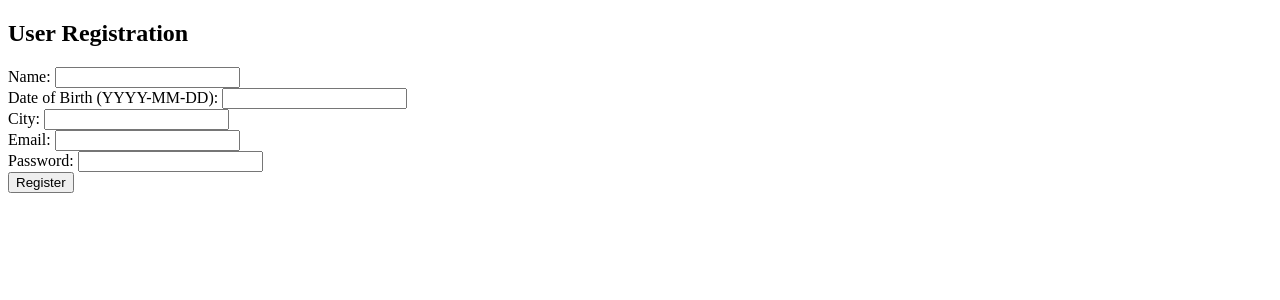
Repository: yashdpatil/Advanced_java
Page: MVC/src/main/webapp/Login.html
The author's editor kept a copy of each file at every save. The page is drawn from the files as they stood at one save, then again after the next save.
The browser window is 1280 px wide. The pictures show the whole page.

Above is the page before, as saved 2023-12-13 18:03:04.

### MVC/src/main/webapp/Login.html
<!DOCTYPE html>
<html>
<head>
    <meta charset="UTF-8">
    <title>User Registration</title>
</head>
<body>
    <h2>User Registration</h2>
    <form action="insertUser" method="POST">
        <label for="name">Name:</label>
        <input type="text" id="name" name="name" required><br>

        <label for="dateOfBirth">Date of Birth (YYYY-MM-DD):</label>
        <input type="text" id="dateOfBirth" name="dateOfBirth" required><br>

        <label for="city">City:</label>
        <input type="text" id="city" name="city" required><br>

        <label for="email">Email:</label>
        <input type="text" id="email" name="email" required><br>

        <label for="password">Password:</label>
        <input type="password" id="password" name="password" required><br>

        <button type="submit">Register</button>
    </form>
</body>
</html>

After the next save:
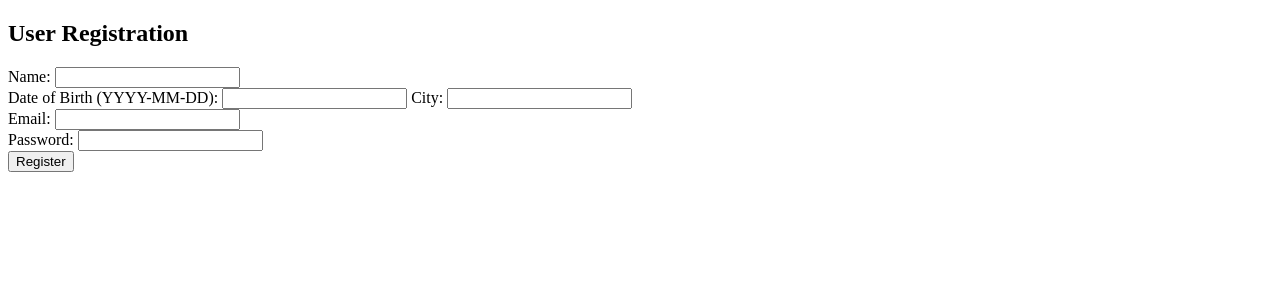
Saved 12 min 2 s later.
--- a/MVC/src/main/webapp/Login.html
+++ b/MVC/src/main/webapp/Login.html
@@ -10,8 +10,8 @@
         <label for="name">Name:</label>
         <input type="text" id="name" name="name" required><br>
 
-        <label for="dateOfBirth">Date of Birth (YYYY-MM-DD):</label>
-        <input type="text" id="dateOfBirth" name="dateOfBirth" required><br>
+       <label for="dateOfBirth">Date of Birth (YYYY-MM-DD):</label>
+<input type="text" id="dateOfBirth" name="dateOfBirth" required>
 
         <label for="city">City:</label>
         <input type="text" id="city" name="city" required><br>
